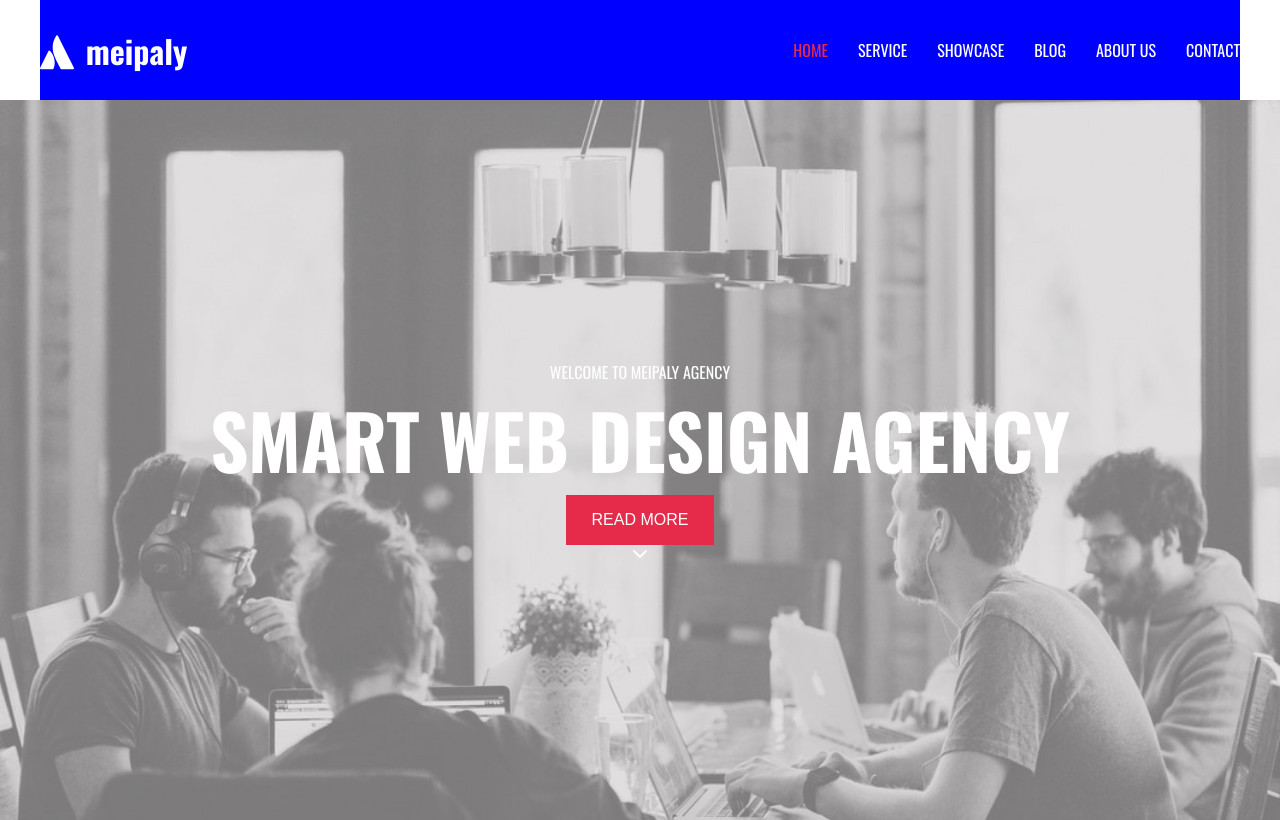
Repository: trminhphuc1504/meipaly
Page: meipaly.html
These files come from the project's save history. The page is drawn as it stood at one moment and after the next save; the edit follows.
The browser window is 1280 px wide. The pictures show the whole page.
Some web libraries are served in a nearby version.

Above is the page before, as saved 2024-08-18 22:55:56.

After the next save:
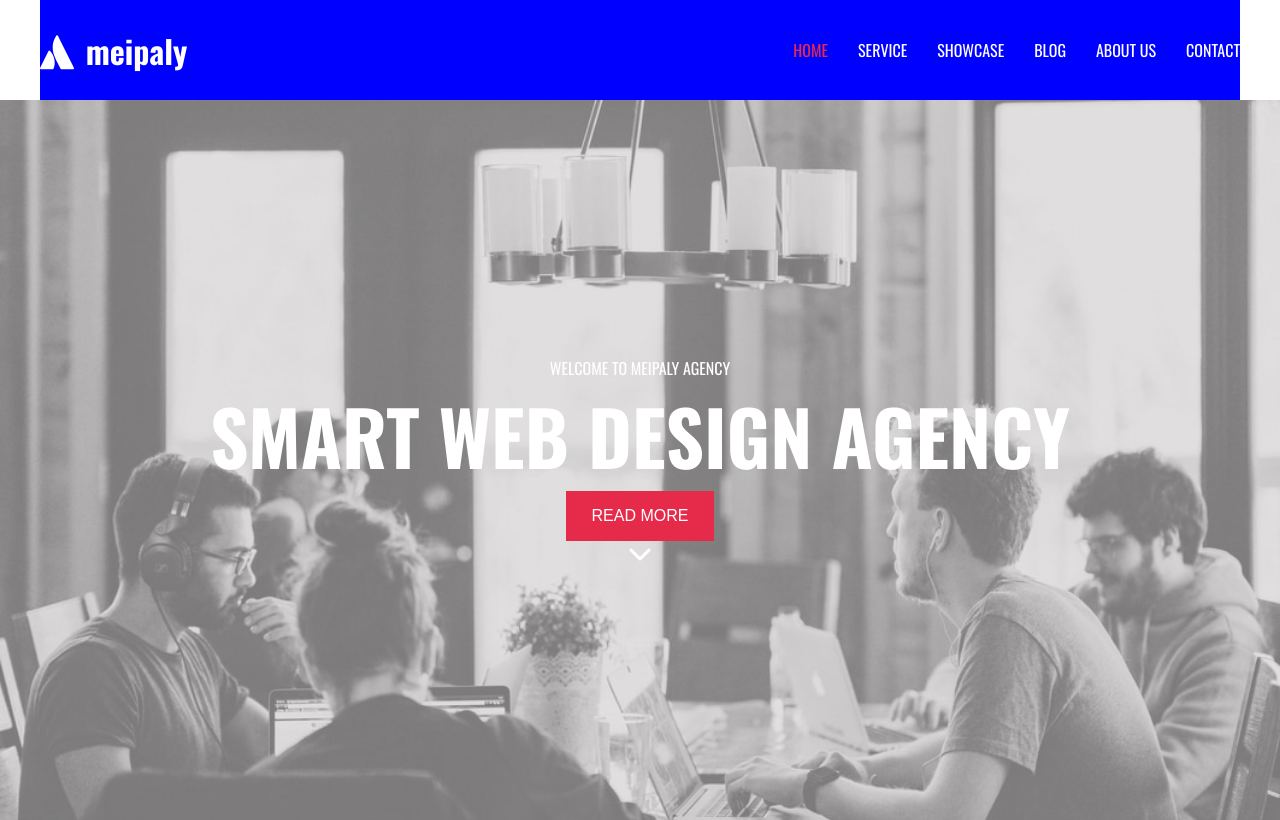
Saved 27 s later.
--- a/css/meipaly.css
+++ b/css/meipaly.css
@@ -117,7 +117,7 @@
 
 #banner .banner-content .banner-icon{
     color:#fff;
-    font-weight: 600;
+    font-size: 24px;
 }
 
 /* C2:Position */
